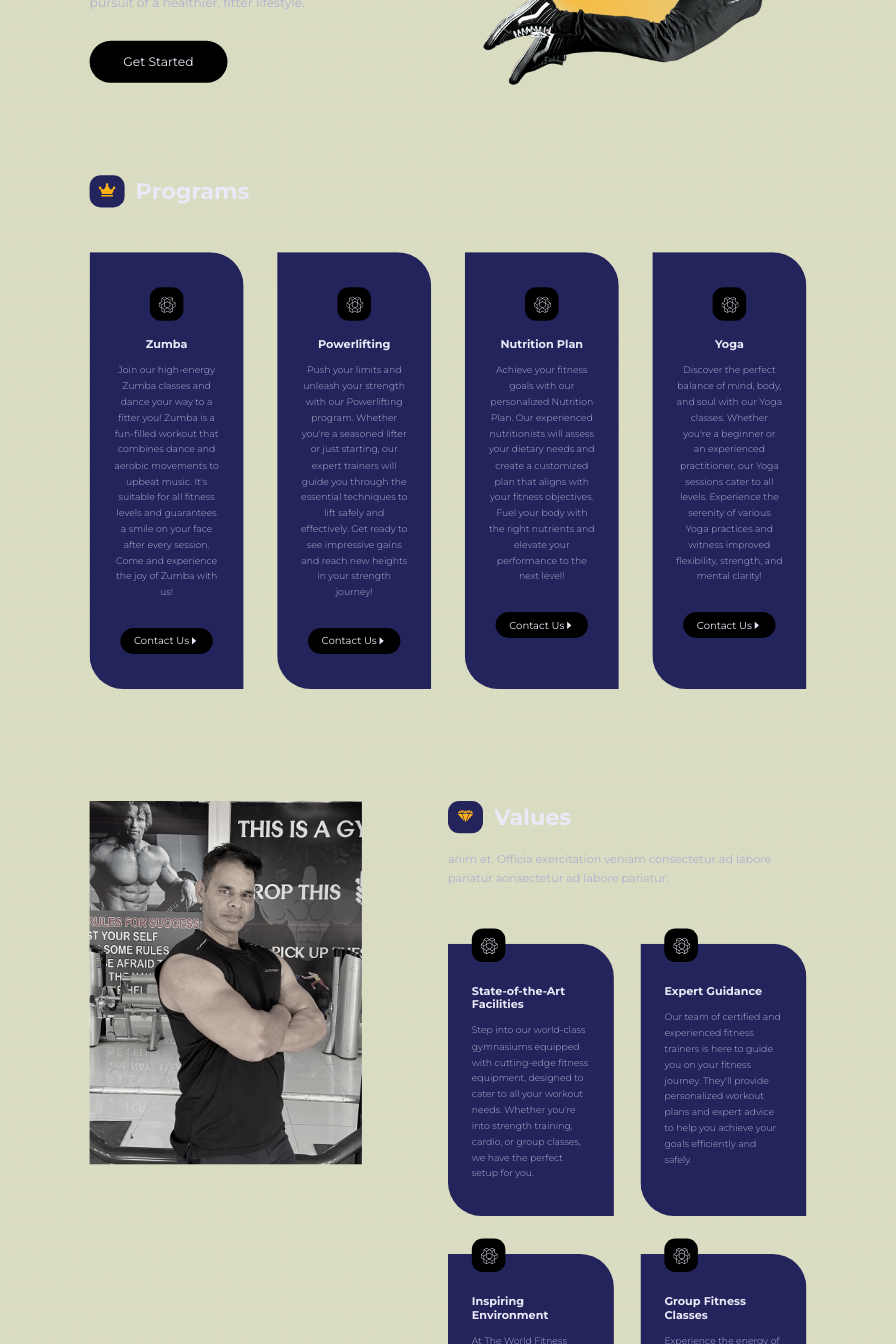
Repository: aryaMode/gym-portfolio
Page: /
These files come from the project's save history. The page is drawn as it stood at one moment and after the next save; the edit follows.
The browser window is 1280 px wide. The pictures show the part of the page from y = 526 to 2446 px (the page is 4873 px tall), at 70% of full size.
The project was rebuilt for these pictures with package versions that can differ from the ones it lists, and the page was loaded fresh each time. Also part of the build but not shown: src/pages/about/about.css, src/components/Header.jsx, src/pages/about/About.jsx, src/pages/contact/contact.css, src/pages/contact/Contact.jsx, src/pages/gallery/gallery.css, src/pages/gallery/Gallery.jsx, src/pages/notFound/notFound.css and 6 more.

Above is the page before, as saved 2023-07-20 17:32:24.

### public/index.html
<!DOCTYPE html>
<html lang="en">

<head>
    <meta charset="UTF-8">
    <meta http-equiv="X-UA-Compatible" content="IE=edge">
    <meta name="viewport" content="width=device-width, initial-scale=1.0">
    <title>Portfolio Website</title>
    <!-- GOOGLE FONTS (montserrat) -->
    <link href="https://fonts.googleapis.com/css2?family=Montserrat:wght@300;400;500;600;700&display=swap"
        rel="stylesheet">
</head>

<body>
    <div id="root"></div>
</body>

</html>

### src/App.jsx
// rafce -> shortcut to create component and export
import { BrowserRouter, Routes, Route } from "react-router-dom";
import React from "react";
import Home from "./pages/home/Home";
import About from "./pages/about/About";
import Contact from "./pages/contact/Contact";
import Gallery from "./pages/gallery/Gallery";
import NotFound from "./pages/notFound/NotFound";
import Plans from "./pages/plans/Plans";
import Trainers from "./pages/trainers/Trainers";
import Navbar from "./components/Navbar";
import Footer from "./components/Footer";

const App = () => {
	return (
		<BrowserRouter>
			<Navbar />
			<Routes>
				<Route index element={<Home />} />
				<Route path="about" element={<About />} />
				<Route path="contact" element={<Contact />} />
				<Route path="gallery" element={<Gallery />} />
				<Route path="plans" element={<Plans />} />
				<Route path="trainers" element={<Trainers />} />
				<Route path="*" element={<NotFound />} />
			</Routes>
			<Footer />
		</BrowserRouter>
	);
};

export default App;

### src/index.css
 *, *::before, *::after{
    margin: 0;
    padding: 0;
    border: 0;
    outline: 0;
    list-style: none;
    text-decoration: none;
    box-sizing: border-box;
 }

 /* CSS Global variable starts with :root {...} check w3school docs for more  info */
 :root{
    --primary-hue: 210;
    --gray-hue: 240;
    /* hsl (hue, saturation, lightness) */
    --color-primary: black;
    --color-primary-variant: hsl(var(--primary-hue), 100%, 65%);
    --color-secondary: #ffb116;
    --color-gray-100: hsl(var(--gray-hue), 47%, 94%); /*almost white colour lightness is almost 100%*/
    --color-gray-200: hsl(var(--gray-hue), 26%, 75%);
    --color-gray-300: hsl(var(--gray-hue), 24%, 64%);
    --color-gray-400: hsl(var(--gray-hue), 16%, 41%);
    --color-gray-500: hsl(var(--gray-hue), 44%, 25%);
    --color-gray-600: hsl(var(--gray-hue), 48%, 15%);

    --container-width-lg: 80%;
    --container-width-md: 90%;

    --transition: all 500ms ease; /* make sure all transition have a constant effect*/
 }

  /******************** GENERAL STYLES ********************/
  body{
    font-family: "Montserrat", sans-serif;
    color: var(--color-gray-200);
    line-height: 1.7;
    overflow-x: hidden;
    background: rgb(218, 220, 194) url(./images/bg_texture.png);
  }

  .container{
    width: var(--container-width-lg);
    max-width: 1920px;
    margin-inline: auto;
  }

  h1, h2, h3, h4, h5 {
    line-height: 1.2;
    color: var(--color-gray-100);
  }

  h1 {
    font-size: 3rem;
  }

  h2 {
    font-size: 2rem ;
  }

  a {
    color: var(--color-gray-100);
  }

  img{
    display: block;
    object-fit: cover;
    width: 100%;
}

.btn {
    color: var(--color-gray-100);
    width: fit-content;
    margin: 0 auto;
    padding: 0.9rem 2rem;
    background: var(--color-primary);
    border-radius: 1.5rem;
    transition: var(--transition);
}

.btn:hover {
    background: var(--color-secondary);
    color: var(--color-gray-600);
}

.btn.lg {
    padding: 1.2rem 3rem;
    border-radius: 2rem;
    font-size: 1.1rem;
}

.btn.sm {
    padding: 0.4rem 1.2rem;
    font-size: 0.9rem;
}

.btn.sm:hover {
    background: var(--color-gray-100);
}

/******************** SECTION REUSABLE STYLES ********************/
section {
    margin-top: 10rem;
}

.section__head {
    display: flex;
    align-items: center;
    gap: 1rem;
}

.section__head span {
    background: var(--color-gray-500);
    padding: 0.3rem 0.8rem 0;
    border-radius: 1rem;
    color: var(--color-secondary);
    font-size: 1.5rem;
}

.card {
    background: var(--color-gray-500);
    border: 2px solid transparent;
    text-align: center;
    padding: 3rem 2rem;
    border-radius: 0 3rem 0 3rem;
    transition: var(--transition);
}

.card:hover {
    background: transparent;
    border-color: var(--color-gray-400);
    cursor: default;
}

.card span {
    width: 3rem;
    height: 3rem;
    background: var(--color-primary);
    color: var(--color-gray-100);
    font-size: 1.5rem;
    padding: 0.8rem;
    display: grid;
    place-items: center;
    margin-bottom: 1.5rem;
    margin-inline: auto;
    border-radius: 1rem;
    transition: var(--transition);
}

.card:hover span {
    background: var(--color-secondary);
    color: var(--color-gray-500)
}

.card small {
    margin-top: 1rem;
    display: block;
    font-weight: 300;
}

.header {
    margin-top: 5rem;
    height: 20rem;
    overflow: hidden;
    border-bottom: 2px solid var(--color-gray-400);
}

.header__container {
    width: 100%;
    height: 100%;
    position: relative;
    display: grid;
    place-items: center;
    background: #0000;
}

.header__container-lg {
    position: absolute;
    width: 100%;
}

.header__container-lg img {
    opacity: 0.5;
}

.header__content {
    position: relative;
    width: 44%;
    margin: 0 auto;
    text-align: center;
    color: var(--color-gray-100);
}

.header__content h2 {
    margin-bottom: 1rem;
}

.header__content p {
    color: rgba(255, 255, 255, 0.7, green, blue, alpha);
}






/******************** MEADIA QUERIES (medium screens) ********************/
@media screen and (max-width: 1024px) {
    .container {
        width: var(--container-width-md);
    }

    h1 {
        font-size: 2rem;
    }

    h2 {
        font-size: 1.6rem;
    }

    .header__content {
        width: 76%;
    }
}

/******************** MEADIA QUERIES (small screens) ********************/
@media screen and (max-width: 600px) {
    h1 {
        font-size: 2.2rem;
        line-height: 1.3;
    }

    section {
        margin-top: 7rem;
    }

    .header {
        height: fit-content;
    }

    .header__content {
        width: var(--container-width-md);
        padding: 3rem 0;
    }

    .header__content p {
        font-size: 0.85rem;
    }
}

### src/pages/home/Home.jsx
import React from "react";
import "./home.css";
import MainHeader from "../../components/MainHeader";
import Program from "../../components/Program";
import Values from "../../components/Values";
import FAQs from "../../components/FAQs";
import Testimonial from "../../components/Testimonial";
// import Footer from "../../components/Footer";

const Home = () => {
	return (
		<>
			<MainHeader />
			<Program />
			<Values />
			<FAQs />
			<Testimonial />
			{/* <Footer /> comment this out so footer wount be double */}
		</>
	);
};

export default Home;

### src/components/Navbar.jsx
import { useState } from "react";
import {logoName} from "../data";
import { Link, NavLink } from "react-router-dom";
// NavLink comes with an isactive prop which we can use to detect which page we on
// so we can have a special style for that link
import React from "react";
import Logo from "../images/logo.png";
import { links } from "../data";
import { GoThreeBars } from "react-icons/go";
import { MdOutlineClose } from "react-icons/md";
import "./navbar.css";

const Navbar = () => {
	const [isNavShowing, setIsNavShowing] = useState(false);

	const handleNavToggle = () => {
		return setIsNavShowing((prevVAlue) => {
			return !prevVAlue;
		});
	};

	return (
		<nav>
			<div className="container nav__container">
				<Link to="/" className="logo" onClick={handleNavToggle}>
					{/* <img src={Logo} alt="Nav-logo" /> */}
					<div>{logoName}</div>
				</Link>
				<ul
					className={`nav__links ${isNavShowing ? "show__nav" : "hide__nav"}`}
				>
					{/* Destructure the links array of object from the links to get each item */}
					{links.map(({ name, path }, index) => {
						return (
							<li key={index}>
								<NavLink
									to={path}
									className={({ isActive }) => (isActive ? "active-nav" : "")}
									onClick={handleNavToggle}
								>
									{name}
								</NavLink>
							</li>
						);
					})}
				</ul>
				<button onClick={handleNavToggle} className="nav__toggle-btn">
					{isNavShowing ? <MdOutlineClose /> : <GoThreeBars />}
				</button>
			</div>
		</nav>
	);
};

export default Navbar;

// export PATH=$PATH:/home/daveworld/bin

### src/components/Footer.jsx
import React from "react";
import { Link } from "react-router-dom";
import {logoName} from "../data";
import Logo from "../images/logo.png";
import { FaYoutube } from "react-icons/fa";
import { FaFacebookF } from "react-icons/fa";
import { AiOutlineTwitter } from "react-icons/ai";
import { AiFillInstagram } from "react-icons/ai";

const Footer = () => {
	return (
		<footer>
			<div className="container footer__container">
				<article>
					<Link to="/" className="logo">
						{/* <img src={Logo} alt="Footer Logo" /> */}
					{logoName}
					</Link>
					<p>
						Consectetur non nostrud enim nostrud est culpa ullamco incididunt
						nisi. Consectetur non nostrud enim nostrud est culpa ullamco
						incididunt nisi.
					</p>
					<div className="footer__socials">
						<a
							href="https://youtube.com/@Thesandeep325"
							target="_blank"
							rel="noreferrer noopener"
						>
							<FaYoutube />
						</a>
						<a
							href="https://www.facebook.com/profile.php?id=100000823973714&mibextid=LQQJ4d"
							target="_blank"
							rel="noreferrer noopener"
						>
							<FaFacebookF />
						</a>

						<a
							href="https://instagram.com/the_world_fitness_zone_?igshid=MzRlODBiNWFlZA=="
							target="_blank"
							rel="noreferrer noopener"
						>
							<AiFillInstagram />
						</a>
					</div>
				</article>
				<article>
					<h4>Permalinks</h4>
					<Link to="/about">About</Link>
					<Link to="/plans">Plans</Link>
					<Link to="/trainers">Trainers</Link>
					<Link to="/gallery">Gallery</Link>
					<Link to="/contact">Contact</Link>
				</article>
				<article>
					<h4>Insights</h4>
					<Link to="/s">Blog</Link>
					<Link to="/s">Case Studies</Link>
					<Link to="/s">Events</Link>
					<Link to="/s">Communities</Link>
					<Link to="/constact">FAQs</Link>
				</article>
				<article>
					<h4>Get In Touch</h4>
					<Link to="/contact">Plans</Link>
					<Link to="/s">Trainers</Link>
				</article>
			</div>
			<br />
			<br />
			<br />
			<br />
		</footer>
	);
};

export default Footer;

### src/components/MainHeader.jsx
import React from "react";
import { Link } from "react-router-dom";
import Image from "../images/main_header.png";

const MainHeader = () => {
	return (
		<header className="main__header">
			<div className="container main__header-container">
				<div className="main__header-left">
					<h4>Welcome to The World Fitness Zone, Karnal!</h4>
					<h1>Unleash Your Potential with The World Fitness Zone

</h1>
					<p>
					Are you ready to take your fitness journey to the next level? Look no further than The World Fitness Zone - Karnal's premier fitness destination. We are not just a gym; we are a community of fitness enthusiasts who believe in the power of transformation and the pursuit of a healthier, fitter lifestyle.
					</p>
					<Link to="/contact" className="btn lg">
						Get Started
					</Link>
				</div>
				<div className="main__header-right">
					<div className="main__header-circle"></div>
					<div className="main__header-image">
						<img src={Image} alt="MainHeaderImage" />
					</div>
				</div>
			</div>
		</header>
	);
};

export default MainHeader;

### src/components/Program.jsx
import React from "react";
import { FaCrown } from "react-icons/fa";
import SectionHead from "./SectionHead";
import { programs } from "../data";
import Card from "../UI/Card";
import { Link } from "react-router-dom";
import { AiFillCaretRight } from "react-icons/ai";

const Program = () => {
	return (
		<section className="programs">
			<div className="container programs container">
				<SectionHead icon={<FaCrown />} title="Programs" />

				<div className="program__wrapper">
					{programs.map(({ id, icon, title, info, path }) => {
						return (
							<Card className="programs__program" key={id}>
								<span>{icon}</span>
								<h4>{title}</h4>
								<small>{info}</small>
								<Link to={path} className="btn sm">
									Contact Us <AiFillCaretRight />
								</Link>
							</Card>
						);
					})}
				</div>
			</div>
		</section>
	);
};

export default Program;

### src/components/Values.jsx
import React from "react";
import Image from "../images/values.jpg";
import SectionHead from "./SectionHead";
import { GiCutDiamond } from "react-icons/gi";
import { values } from "../data";
import Card from "../UI/Card";

const Values = () => {
	return (
		<section className="values">
			<div className="container values__container">
				<div className="values__left">
					<div className="values__image">
						<img src={Image} alt="values Image" />
					</div>
				</div>
				<div className="values__right">
					<SectionHead icon={<GiCutDiamond />} title="Values" />
					<p>
						anim et. Officia exercitation veniam consectetur ad labore pariatur
						aonsectetur ad labore pariatur.
					</p>
					<div className="values__wrapper">
						{values.map(({ id, icon, title, desc }) => {
							return (
								<Card className="values__value" key={id}>
									<span>{icon}</span>
									<h4>{title}</h4>
									<small>{desc}</small>
								</Card>
							);
						})}
					</div>
				</div>
			</div>
		</section>
	);
};

export default Values;

### src/components/FAQs.jsx
import React from "react";
import { FaQuestion } from "react-icons/fa";
import { faqs } from "../data";
import FAQ from "./FAQ";
import SectionHead from "./SectionHead";
const FAQs = () => {
	return (
		<section className="faqs">
			<div className="container faqs__container">
				<SectionHead icon={<FaQuestion />} title="FAQs" />
				<div className="faqs__wrapper">
					{faqs.map(({ id, question, answer }) => {
						return <FAQ key={id} question={question} answer={answer} />;
					})}
				</div>
			</div>
		</section>
	);
};

export default FAQs;

### src/components/Testimonial.jsx
import React, { useState } from "react";
import SectionHead from "./SectionHead";
import { ImQuotesLeft } from "react-icons/im";
import Card from "../UI/Card";
import {
	IoIosArrowDropleftCircle,
	IoIosArrowDroprightCircle,
} from "react-icons/io";
import { testimonials } from "../data";

const Testimonial = () => {
	const [index, setIndex] = useState(0);
	const { name, quote, job, avatar } = testimonials[index];

	const handlePreviousTestimonial = () => {
		setIndex((prevValue) => {
			return prevValue - 1;
		});
		if (index <= 0) {
			setIndex(testimonials.length - 1);
		}
	};
	const handleAfterTestimonial = () => {
		setIndex((prevValue) => {
			return prevValue + 1;
		});
		if (index >= testimonials.length - 1) {
			setIndex(0);
		}
	};

	return (
		<section className="testimonials">
			<div className="container testimonial__container">
				<SectionHead
					icon={<ImQuotesLeft />}
					title="Testimonials"
					className="testimonials__head"
				/>
				<Card className="testimonial">
					<div className="testimonial__avatar">
						<img src={avatar} alt={name} />
					</div>
					<p className="testimonial__quote">{`"${quote}"`}</p>
					<h5>{name}</h5>
					<small className="testimonial__title">{job}</small>
				</Card>
				<div className="testimonial__btn-container">
					<button
						className="testimonials__btn"
						onClick={handlePreviousTestimonial}
					>
						<IoIosArrowDropleftCircle />
					</button>
					<button
						className="testimonials__btn"
						onClick={handleAfterTestimonial}
					>
						<IoIosArrowDroprightCircle />
					</button>
				</div>
			</div>
		</section>
	);
};

export default Testimonial;

### src/UI/Card.jsx
import React from "react";

const Card = ({ className, children }) => {
	return <article className={`card ${className}`}>{children}</article>;
};

export default Card;

### src/components/SectionHead.jsx
import React from "react";

// A reuseable component for each section name
const SectionHead = ({ icon, title, className }) => {
	return (
		<div className={`section__head ${className}`}>
			<span>{icon}</span>
			<h2>{title}</h2>
		</div>
	);
};

export default SectionHead;

### src/components/FAQ.jsx
import React, { useState } from "react";
import { AiOutlinePlus } from "react-icons/ai";
import { AiOutlineMinus } from "react-icons/ai";

const FAQ = ({ question, answer }) => {
	const [isAnswerShowing, setIsAnswerShowing] = useState(false);

	const handleFAQ = () => {
		return setIsAnswerShowing((prevValue) => {
			return !prevValue;
		});
	};

	return (
		<article className="faq" onClick={handleFAQ}>
			<div>
				<h4>{question}</h4>
				<button className="faq__icon">
					{isAnswerShowing ? <AiOutlineMinus /> : <AiOutlinePlus />}
				</button>
			</div>
			{isAnswerShowing && <p>{answer}</p>}
		</article>
	);
};

export default FAQ;

Loaded but not shown: src/index.js (common file); src/data.js (331 lines, source omitted); src/pages/home/home.css (412 lines, source omitted); src/components/navbar.css (148 lines, source omitted)

After the next save:
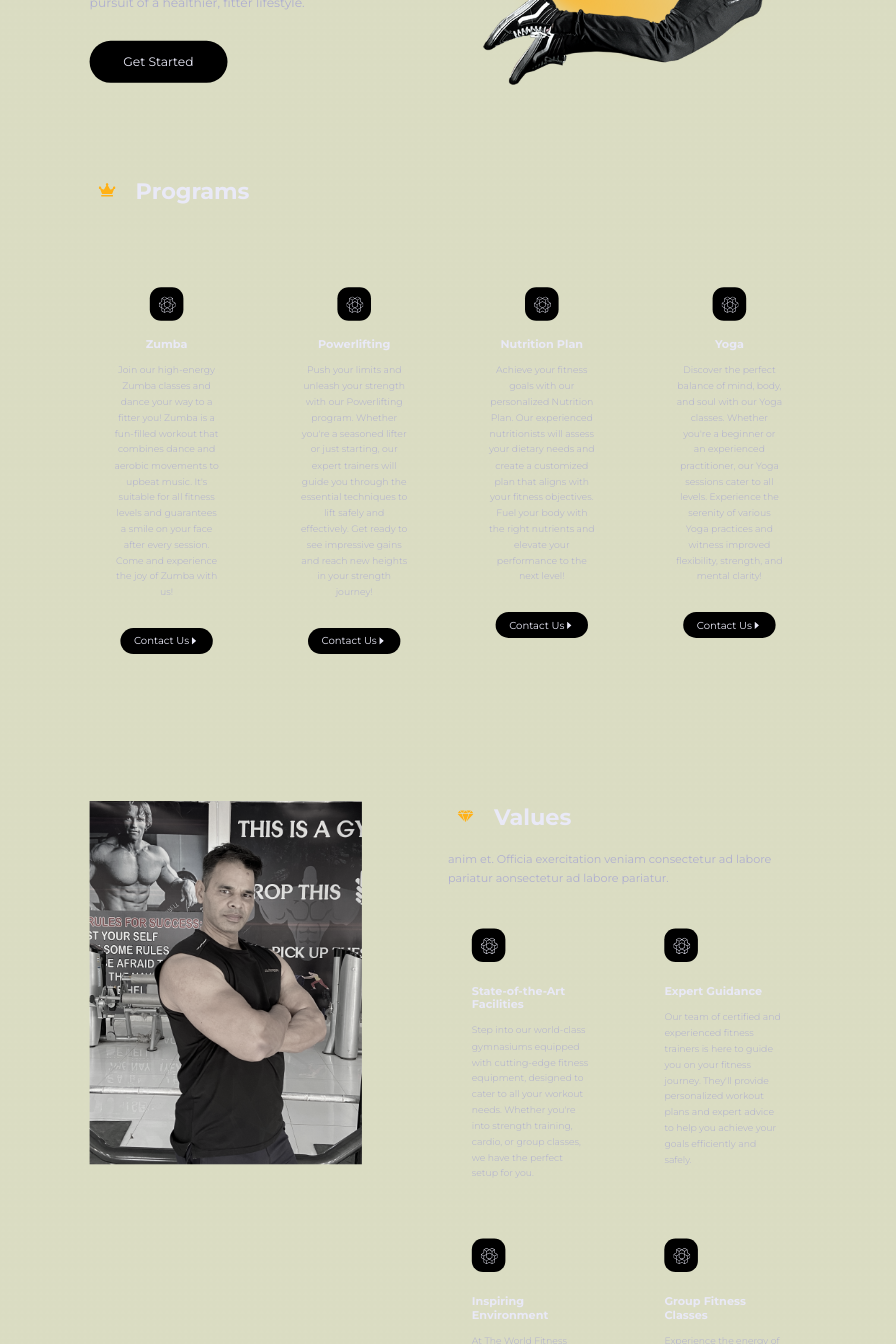
Saved 21 s later.
--- a/src/index.css
+++ b/src/index.css
@@ -20,7 +20,7 @@
     --color-gray-200: hsl(var(--gray-hue), 26%, 75%);
     --color-gray-300: hsl(var(--gray-hue), 24%, 64%);
     --color-gray-400: hsl(var(--gray-hue), 16%, 41%);
-    --color-gray-500: hsl(var(--gray-hue), 44%, 25%);
+    --color-gray-500: , 44%, 25%);
     --color-gray-600: hsl(var(--gray-hue), 48%, 15%);
 
     --container-width-lg: 80%;

After the 4 saves that followed:
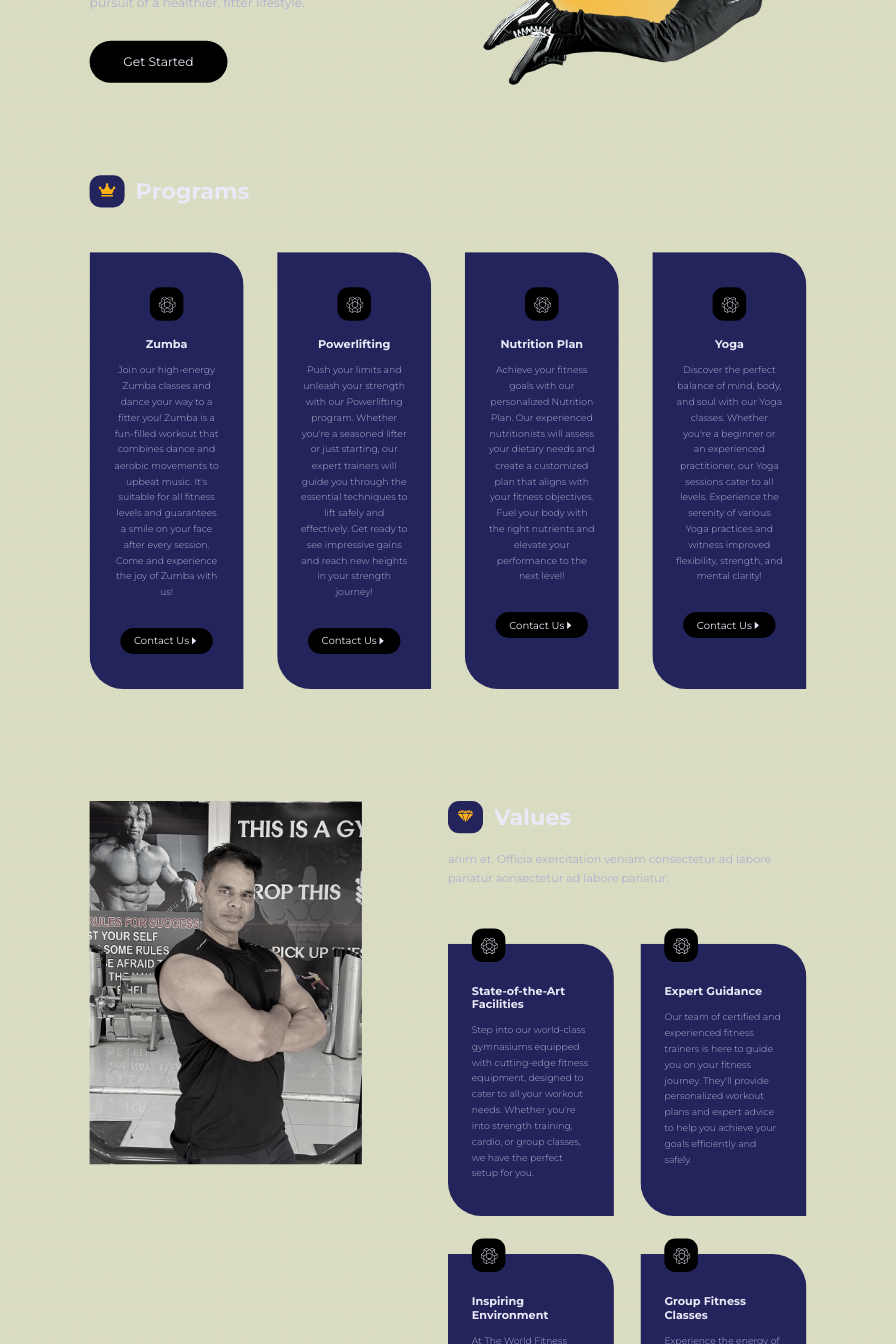
The 4 saves are shown as one change because 3 left the picture as it was.
The last was saved 25 s later.
--- a/src/index.css
+++ b/src/index.css
@@ -20,7 +20,7 @@
     --color-gray-200: hsl(var(--gray-hue), 26%, 75%);
     --color-gray-300: hsl(var(--gray-hue), 24%, 64%);
     --color-gray-400: hsl(var(--gray-hue), 16%, 41%);
-    --color-gray-500: , 44%, 25%);
+    --color-gray-500: hsl(var(--gray-hue), 44%, 25%);
     --color-gray-600: hsl(var(--gray-hue), 48%, 15%);
 
     --container-width-lg: 80%;
